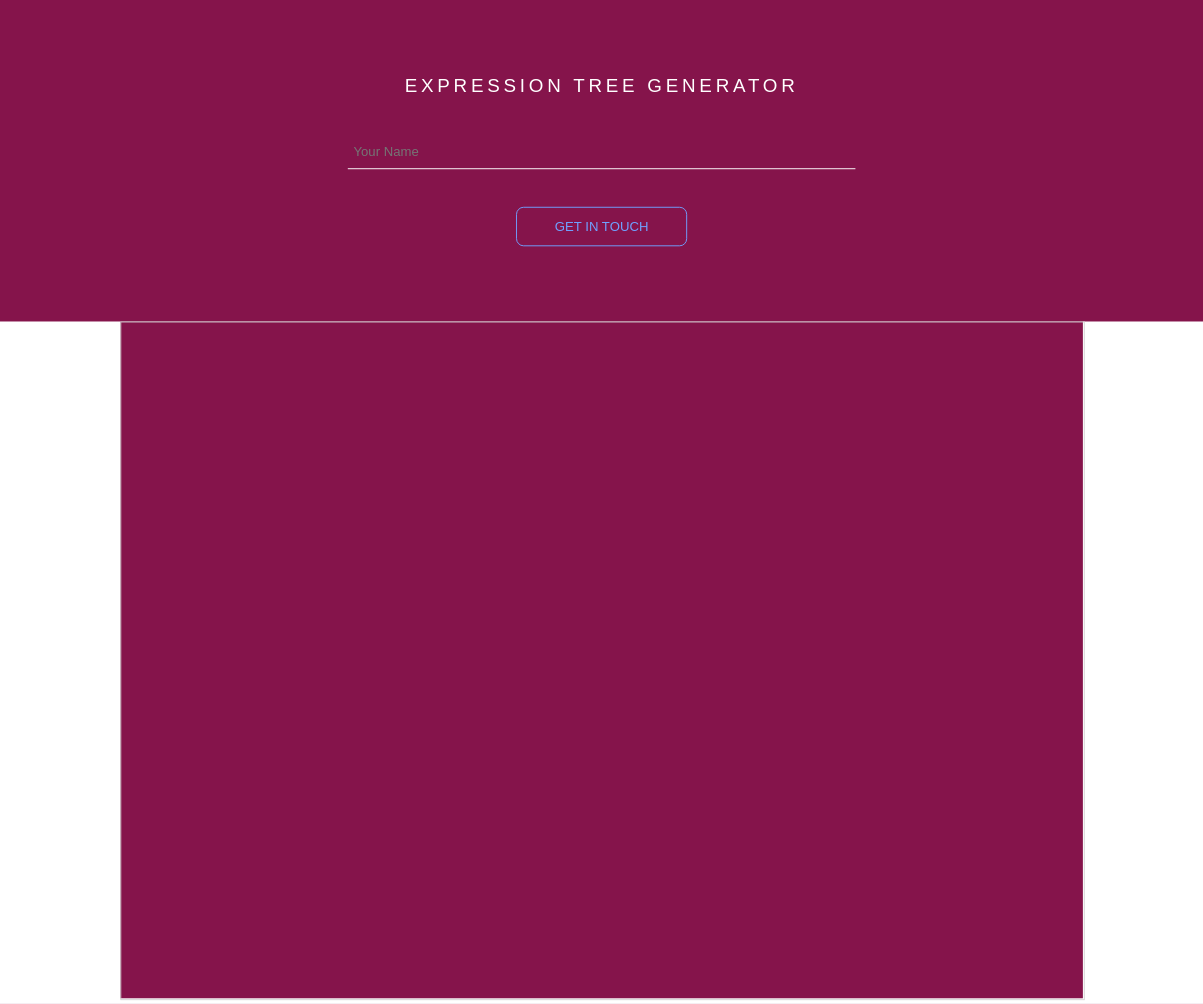
Repository: lnogueir/expression-tree-gen
Page: index.html
The author's editor kept a copy of each file at every save. The page is drawn from the files as they stood at one save, then again after the next save.
The browser window is 1280 px wide. The pictures show the whole page, at 94% of full size.

Above is the page before, as saved 2020-03-15 19:07:41.

After the next save:
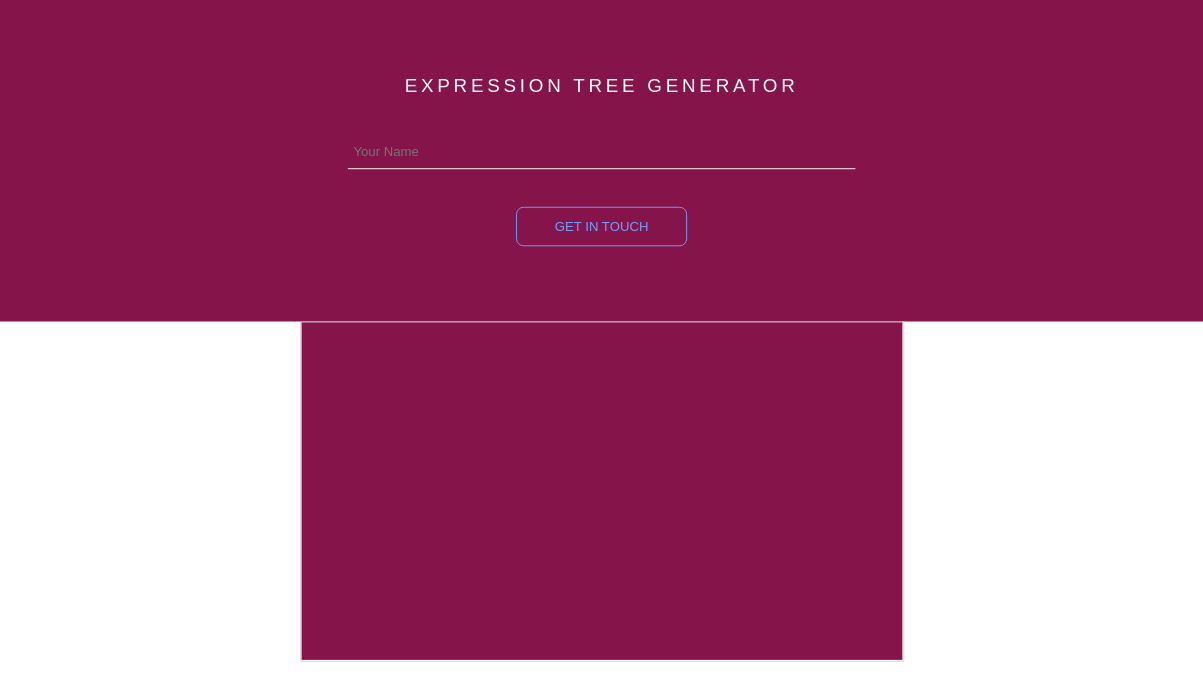
Saved 40 s later.
--- a/app.css
+++ b/app.css
@@ -69,8 +69,8 @@
 
 #canvas-container{
     margin: auto;
-    height: 100vh;
-    width: 80vw;
+    height: 50vh;
+    width: 50vw;
     background: #85144b;
 }
 
